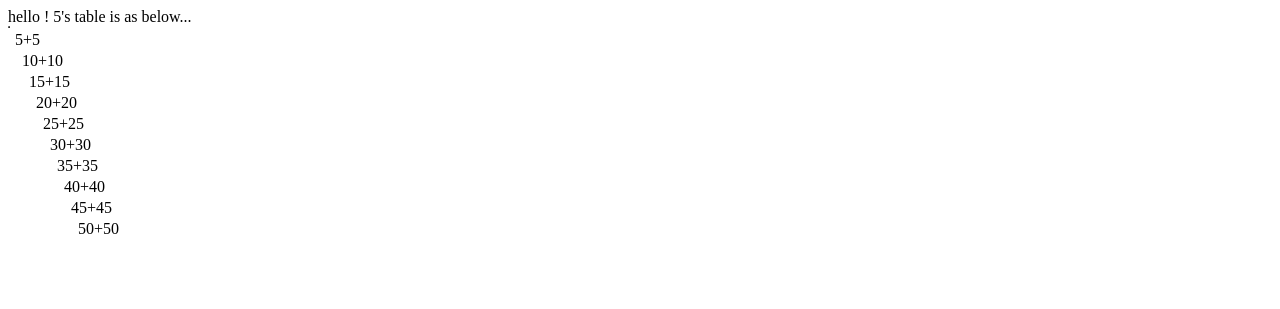
Repository: VishuMishra206/Test.Hibernate
Page: http://localhost/AjaxDatabaseExample/table_of_5.jsp
The author's editor kept a copy of each file at every save. The page is drawn from the files as they stood at one save, then again after the next save.
The browser window is 1280 px wide. The pictures show the whole page.
The page is served by Tomcat 9.

Above is the page before, as saved 2019-09-12 07:32:33.

### AjaxDatabaseExample/WebContent/table_of_5.jsp
<%@ page language="java" contentType="text/html; charset=ISO-8859-1"
    pageEncoding="ISO-8859-1"%>
<!DOCTYPE html PUBLIC "-//W3C//DTD HTML 4.01 Transitional//EN" "http://www.w3.org/TR/html4/loose.dtd">
<html>
<head>
<meta http-equiv="Content-Type" content="text/html; charset=ISO-8859-1">
<title>Insert title here</title>
</head>
<body>
<% out.println(" hello ! 5's table is as below..."); %>
<%
int i,var=5;
out.println("<table border>");
for(i=1;i<=10;i++)
{
	out.println("<table>");
	out.println("<td><td>");
	out.println(var*i+ "+"  +var*i);
	out.println("<br>");
	}


%>

</body>
</html>

After the next save:
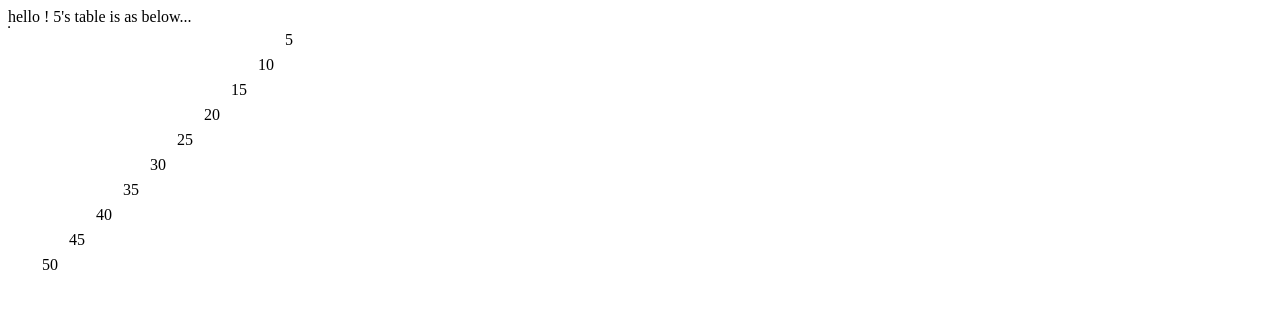
Saved 57 s later.
--- a/AjaxDatabaseExample/WebContent/table_of_5.jsp
+++ b/AjaxDatabaseExample/WebContent/table_of_5.jsp
@@ -15,8 +15,9 @@ for(i=1;i<=10;i++)
 {
 	out.println("<table>");
 	out.println("<td><td>");
-	out.println(var*i+ "+"  +var*i);
+	out.println(var*i);
 	out.println("<br>");
+	out.println("<td><tr><td>");
 	}
 
 
